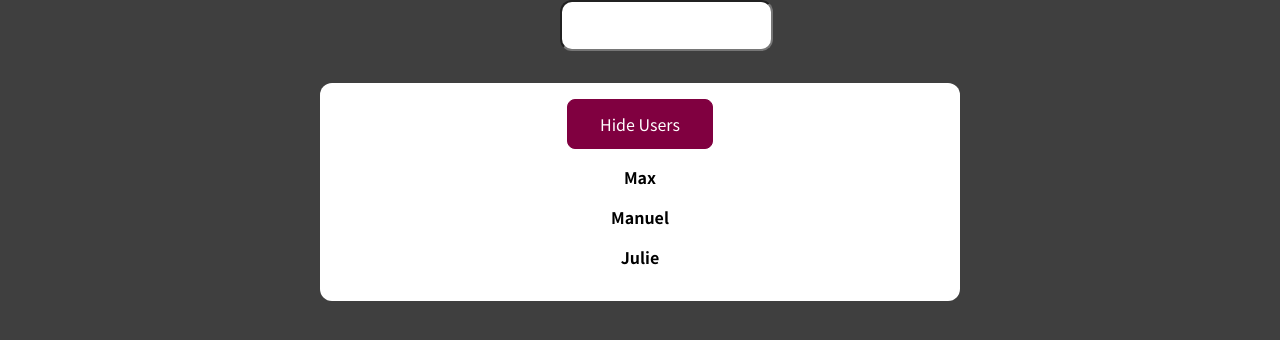
Repository: prathmeshgodbole/React-Class-Based
Page: /
The author's editor kept a copy of each file at every save. The page is drawn from the files as they stood at one save, then again after the next save.
The browser window is 1280 px wide. The pictures show the whole page.
The project was rebuilt for these pictures with package versions that can differ from the ones it lists, and the page was loaded fresh each time.

Above is the page before, as saved 2021-07-15 15:24:33.

### src/App.js
import UserFinder from './components/UserFinder';
// import Users from './components/Users';

function App() {
  return (
    <div>
    <UserFinder/>
    </div>
  );
}

export default App;

### src/components/UserFinder.js
import { Fragment, useState, useEffect } from 'react';
import classes from './UserFinder.module.css'
import Users from './Users';

const DUMMY_USERS = [
  { id: "u1", name: "Max" },
  { id: "u2", name: "Manuel" },
  { id: "u3", name: "Julie" },
];

const UserFinder = () => {
  const [filteredUsers, setFilteredUsers] = useState(DUMMY_USERS);
  const [searchTerm, setSearchTerm] = useState('');

  useEffect(() => {
    setFilteredUsers(
      DUMMY_USERS.filter((user) => user.name.includes(searchTerm))
    );
  }, [searchTerm]);

  const searchChangeHandler = (event) => {
    setSearchTerm(event.target.value);
  };

  return (
    <Fragment >
      <input className={classes.finder} type='search' onChange={searchChangeHandler} />
      <Users users={filteredUsers} />
    </Fragment>
  );
};

export default UserFinder;

### src/components/UserFinder.module.css
.finder {
    margin-left: 42em;
    /* margin: 2rem auto; */
    background-color: white;
    padding: 1rem;
    border-radius: 12px;
    max-width: 40rem;
    text-align: center;
}

### src/components/Users.js
import { Component } from "react";
import User from "./User";

import classes from "./Users.module.css";


class Users extends Component {
  constructor() {
    super();
    this.state = {
      showUsers: true,
    };
  }

  toggleUsersHandler() {
    this.setState((curState) => {
      return{
        showUsers:!curState.showUsers
      };
    });
  }

  render() {
    const usersList = (
    <ul>
      {this.props.users.map((user) => (
        <User key={user.id} name={user.name} />
      ))}
    </ul>
  );
    return (
      <div className={classes.users}>
        <button onClick={this.toggleUsersHandler.bind(this)}>
          {this.state.showUsers ? "Hide" : "Show"} Users
        </button>
        {this.state.showUsers && usersList}
      </div>
    );
  }
}

// const Users = () => {
//   const [showUsers, setShowUsers] = useState(true);

//   const toggleUsersHandler = () => {
//     setShowUsers((curState) => !curState);
//   };

  // const usersList = (
  //   <ul>
  //     {DUMMY_USERS.map((user) => (
  //       <User key={user.id} name={user.name} />
  //     ))}
  //   </ul>
  // );

  // return (
  //   <div className={classes.users}>
  //     <button onClick={toggleUsersHandler}>
  //       {showUsers ? 'Hide' : 'Show'} Users
  //     </button>
  //     {showUsers && usersList}
  //   </div>
  // );
// };

export default Users;

### src/components/User.js
import React,{Component} from 'react';
import classes from './User.module.css';


class User extends Component{
  render(){
    return <li className={classes.user}>{this.props.name}</li>;
  }
}

// const User = (props) => {
//   return <li className={classes.user}>{props.name}</li>;
// };

export default User;

Loaded but not shown: public/index.html (common file); src/index.js (common file); src/index.css (common file); src/components/Users.module.css (common file); src/components/User.module.css (common file)

After the next save:
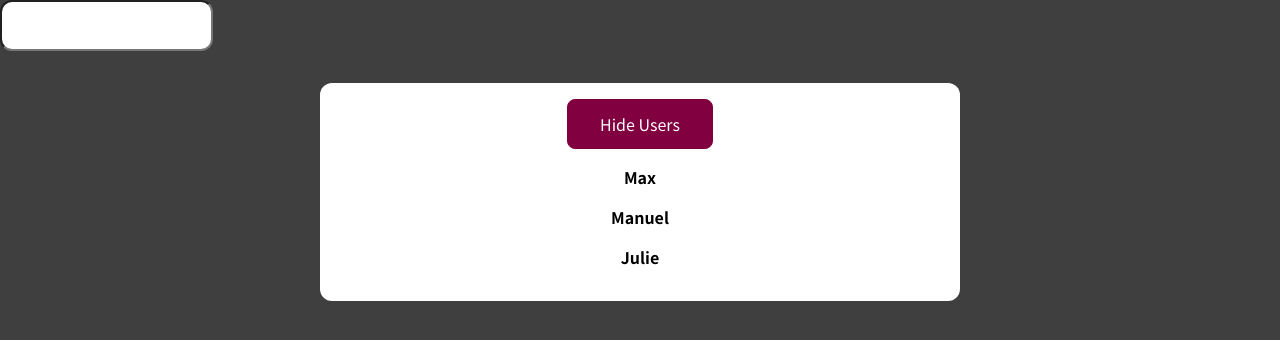
Saved 7 s later.
--- a/src/components/UserFinder.module.css
+++ b/src/components/UserFinder.module.css
@@ -1,5 +1,5 @@
 .finder {
-    margin-left: 42em;
+    margin: ;
     /* margin: 2rem auto; */
     background-color: white;
     padding: 1rem;
